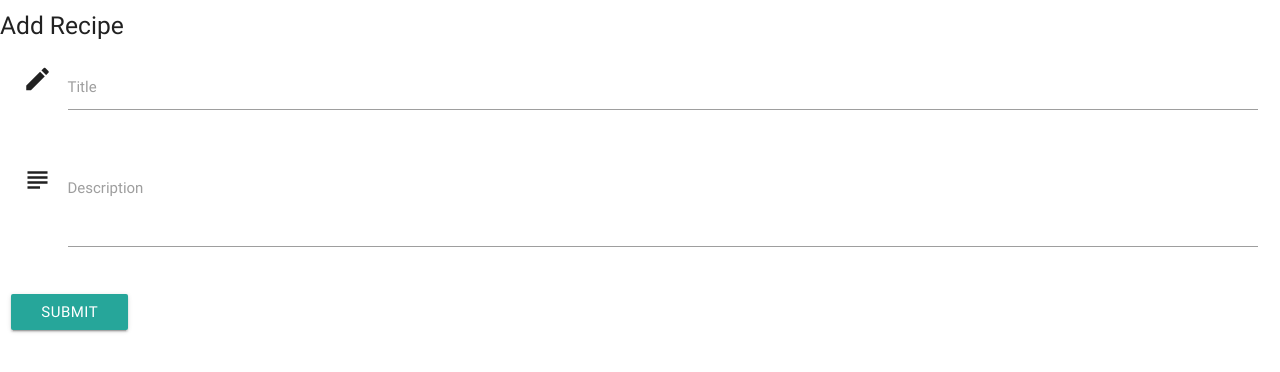
Repository: neillarkin/atari-app
Page: http://localhost/add_recipe
The author's editor kept a record of every edit. The page is drawn from the files as they stood at one moment, then again after the next edit.
The browser window is 1280 px wide. The pictures show the whole page.
The page is served by the project's application, run on Flask 3 (run.py). Queries for data that is not in the repository find no rows.

Above is the page before.

### templates/add_recipe.html
{% extends 'base.html' %} {% block content %}

<h5>Add Recipe</h5>
<div class="row">
  <form action="{{ url_for('create_recipe') }}" method="POST" class="col s12">

    <div class="row">
      <div class="input-field col s12">
        <i class="material-icons prefix">create</i>
        <input id="input_text" name="recipe_name" type="text" data-length="20" class="validate">
        <label for="input_text">Title</label>
      </div>
    </div>
    <div class="row">
      <div class="input-field col s12">
        <i class="material-icons prefix">subject</i>
        <textarea id="textarea2" class="materialize-textarea" name="description" data-length="40"></textarea>
        <label for="textarea2">Description</label>
      </div>
    </div>

    <!--<div class="row">-->
    <!--  <div class="input-field col s12">-->
    <!--    <i class="material-icons prefix">filter_list</i>-->
    <!--    <select id="category" name="category_name">-->
    <!--      <option value="" disabled selected>Choose the type</option>-->
    <!--      {% for category in categories %}-->
    <!--        <option value="{{category.category_name}}">{{category.category_name}}</option>-->
    <!--      {% endfor %}-->
    <!--    </select>-->
    <!--    <label>Type of Dish</label>-->
    <!--  </div>-->
    <!--</div>-->

    <div class="row">
      <button class="btn waves-effect waves-light" type="submit" >Submit
                <!--<i class="material-icons right">playlist_add</i>-->
             </button>
    </div>
  </form>

</div>
{% endblock %}

### templates/base.html
<!DOCTYPE html>
<html>

<head>
    <link href="https://fonts.googleapis.com/icon?family=Material+Icons" rel="stylesheet">
    <link rel="stylesheet" href="https://cdnjs.cloudflare.com/ajax/libs/materialize/0.100.2/css/materialize.min.css">
</head>

<body>
    {% block content %} {% endblock %}
    <script src="https://code.jquery.com/jquery-3.4.1.min.js" integrity="sha256-CSXorXvZcTkaix6Yvo6HppcZGetbYMGWSFlBw8HfCJo=" crossorigin="anonymous"></script>
    <script src="https://cdnjs.cloudflare.com/ajax/libs/materialize/1.0.0/js/materialize.min.js"></script>
    <script>
        $(document).ready(function() {
            $('.collapsible').collapsible();
            $('input#input_text, textarea#textarea2').characterCounter();
            $('select').formSelect();
            //   $('select').material_select();
        });
    </script>
</body>

</html>

### run.py
import os
from flask import Flask, render_template, redirect, request, url_for
from flask_pymongo import PyMongo
from bson.objectid import ObjectId

app = Flask(__name__)

app.config["MONGO_DBNAME"] = 'recipe_db'
app.config['MONGO_URI'] = 'mongodb+srv://root:r00tUser@myfirstcluster-tbkzy.mongodb.net/recipe_db?retryWrites=true&w=majority'

mongo = PyMongo(app) #constructor method

#route decorator is a URL that redirects to a Python function
@app.route('/')
@app.route('/get_recipes')
def get_tasks():
    return render_template("recipes.html", recipes=mongo.db.recipes.find())

@app.route('/add_recipe')
def add_recipe():
    return render_template('add_recipe.html', categories=mongo.db.categories.find())

@app.route('/create_recipe', methods=['POST'])
def create_recipe():
    recipes = mongo.db.recipes
    recipes.insert_one(request.form.to_dict()) #insert request oject which is our form
    return redirect(url_for('get_recipes'))  # redirect to the get_recipes page to see the new entry


if __name__ == '__main__':
    app.run(host=os.environ.get('IP'),
            port=int(os.environ.get('PORT')),
            debug=True)

After the next edit:
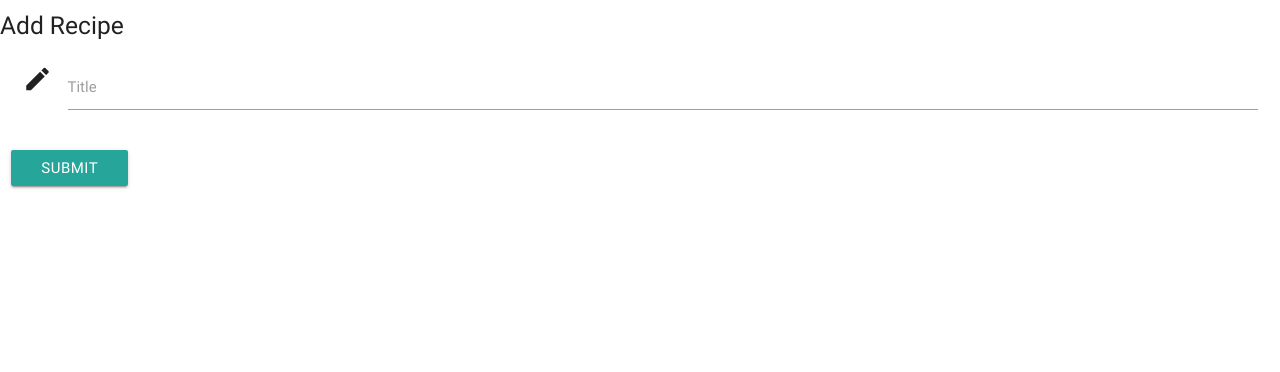
The edit:
--- a/templates/add_recipe.html
+++ b/templates/add_recipe.html
@@ -11,13 +11,14 @@
         <label for="input_text">Title</label>
       </div>
     </div>
-    <div class="row">
-      <div class="input-field col s12">
-        <i class="material-icons prefix">subject</i>
-        <textarea id="textarea2" class="materialize-textarea" name="description" data-length="40"></textarea>
-        <label for="textarea2">Description</label>
-      </div>
-    </div>
+
+    <!--<div class="row">-->
+    <!--  <div class="input-field col s12">-->
+    <!--    <i class="material-icons prefix">subject</i>-->
+    <!--    <textarea id="textarea2" class="materialize-textarea" name="description" data-length="40"></textarea>-->
+    <!--    <label for="textarea2">Description</label>-->
+    <!--  </div>-->
+    <!--</div>-->
 
     <!--<div class="row">-->
     <!--  <div class="input-field col s12">-->
